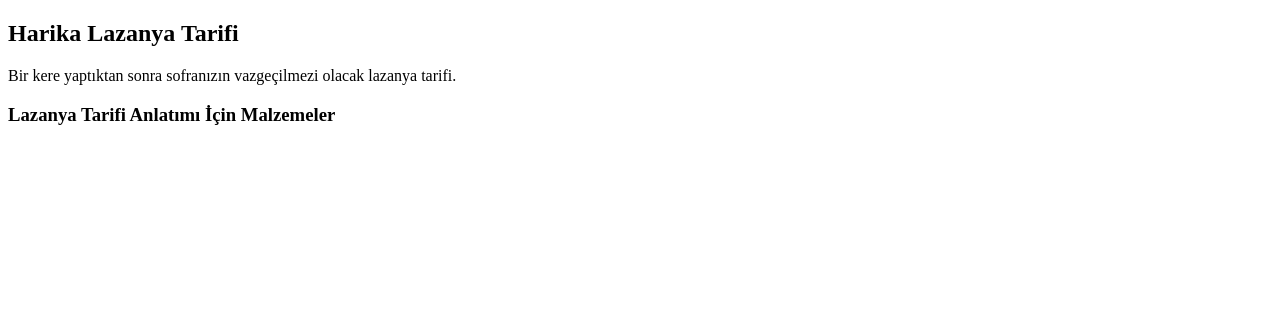
Repository: rizacantire/html
Page: Odev3/index.html
These files come from the project's save history. The page is drawn as it stood at one moment and after the next save; the edit follows.
The browser window is 1280 px wide. The pictures show the whole page.

Above is the page before, as saved 2021-12-06 23:58:09.

After the next save:
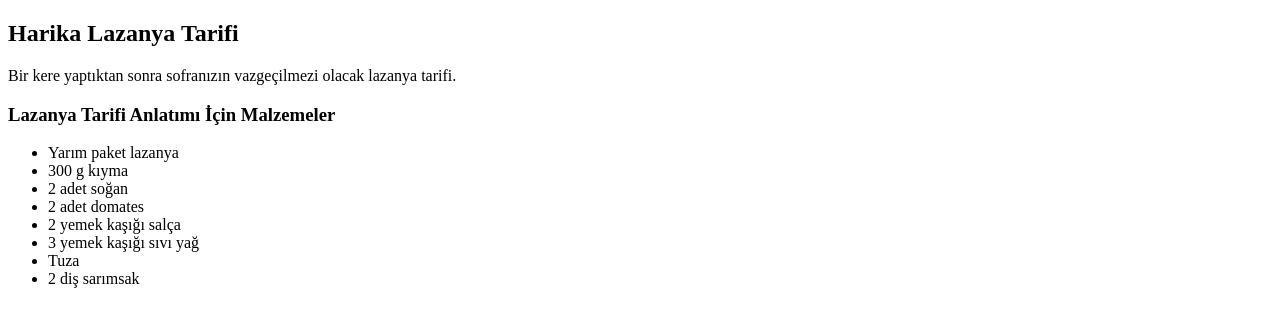
Saved 55 s later.
--- a/Odev3/index.html
+++ b/Odev3/index.html
@@ -21,6 +21,16 @@
         <!-- Articles - Start -->
         <article>
             <h1>Lazanya Tarifi Anlatımı İçin Malzemeler</h1>
+            <ul>
+                <li>Yarım paket lazanya</li>
+                <li>300 g kıyma</li>
+                <li>2 adet  soğan</li>
+                <li>2 adet domates</li>
+                <li>2 yemek kaşığı salça</li>
+                <li>3 yemek kaşığı sıvı yağ</li>
+                <li>Tuza</li>
+                <li>2 diş sarımsak</li>
+            </ul>
         </article>
         <!-- Articles - End -->
     </section>
